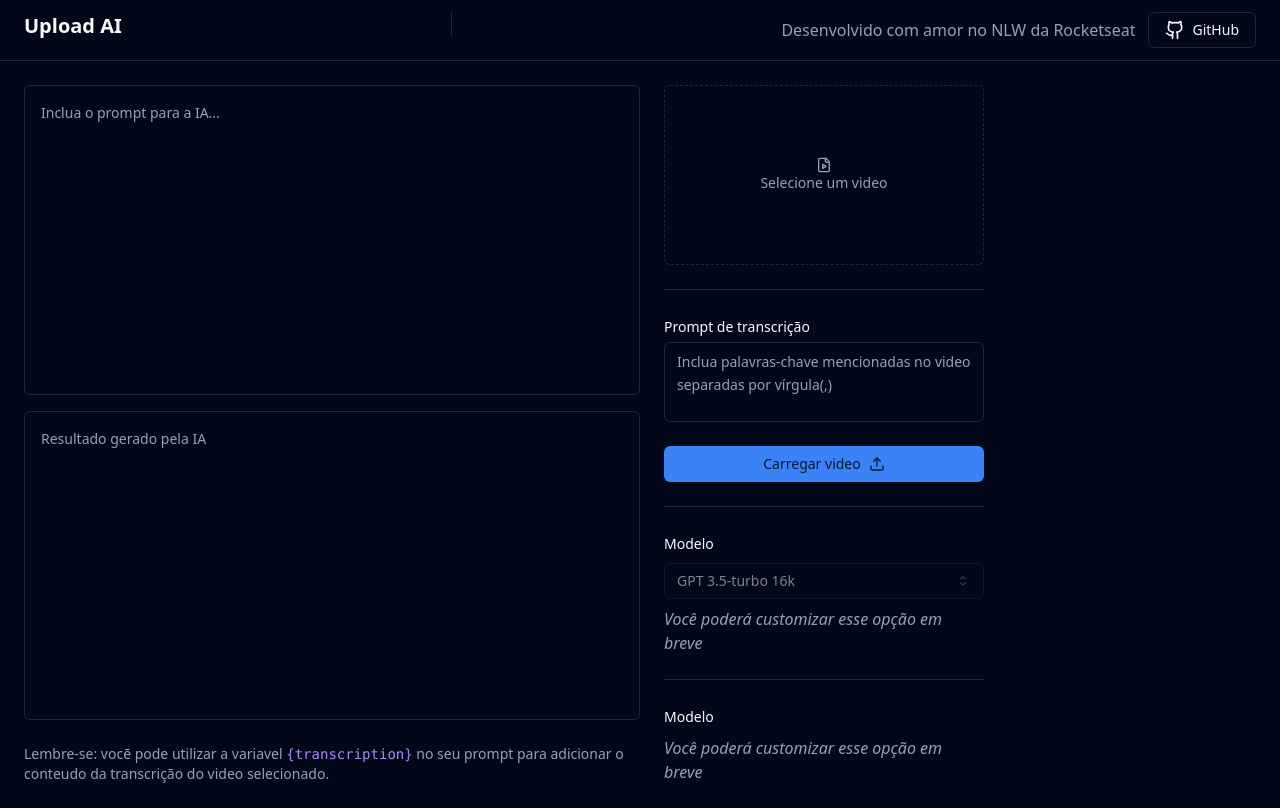
Repository: brksaian/nlw-2023-IA
Page: /
These files come from the project's save history. The page is drawn as it stood at one moment and after the next save; the edit follows.
The browser window is 1280 px wide. The pictures show the whole page.
The project was rebuilt for these pictures with package versions that can differ from the ones it lists, and the page was loaded fresh each time. Also part of the build but not shown: vite.config.ts.

Above is the page before, as saved 2023-09-13 00:58:52.

After the next save:
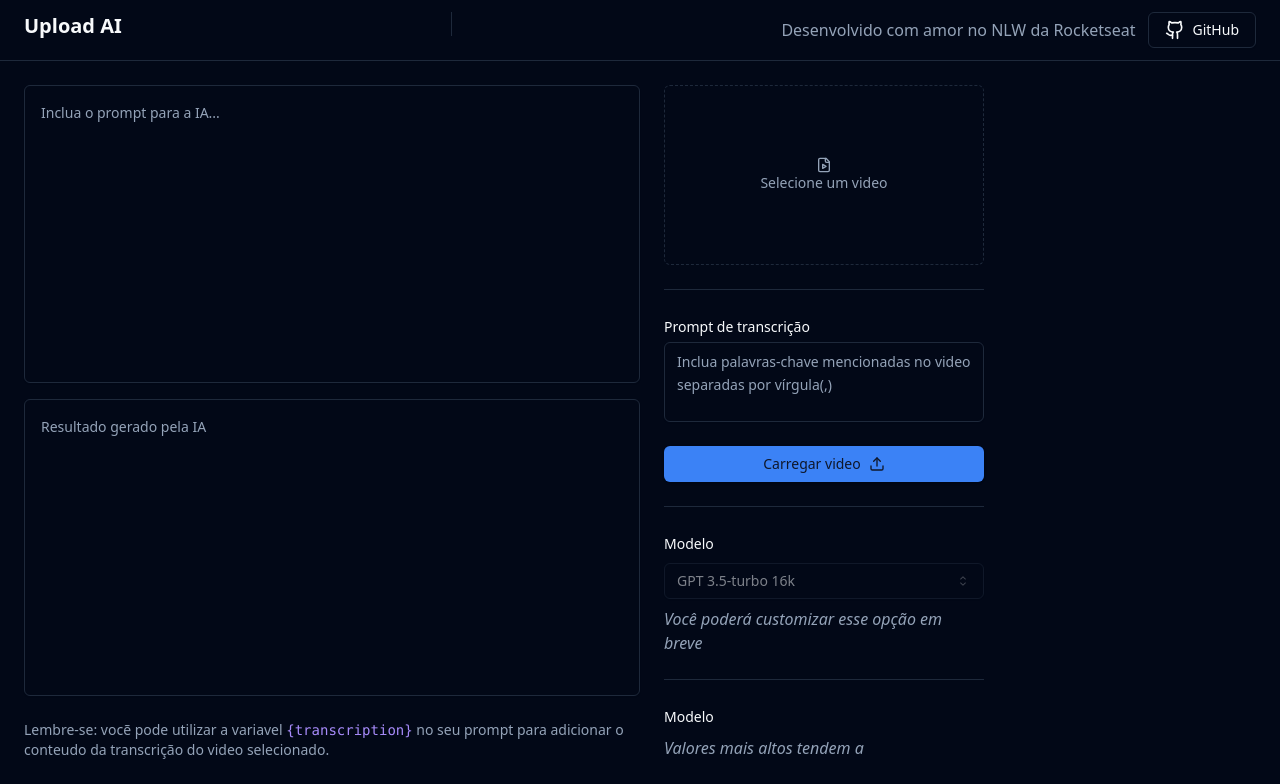
Saved 22 s later.
--- a/src/App.tsx
+++ b/src/App.tsx
@@ -111,7 +111,7 @@ export function App() {
               <Label htmlFor="keywords">Modelo</Label>
 
               <span className="text-xm text-muted-foreground block italic">
-                Você poderá customizar esse opção em breve
+                Valores mais altos tendem a
               </span>
             </div>
           </form>
